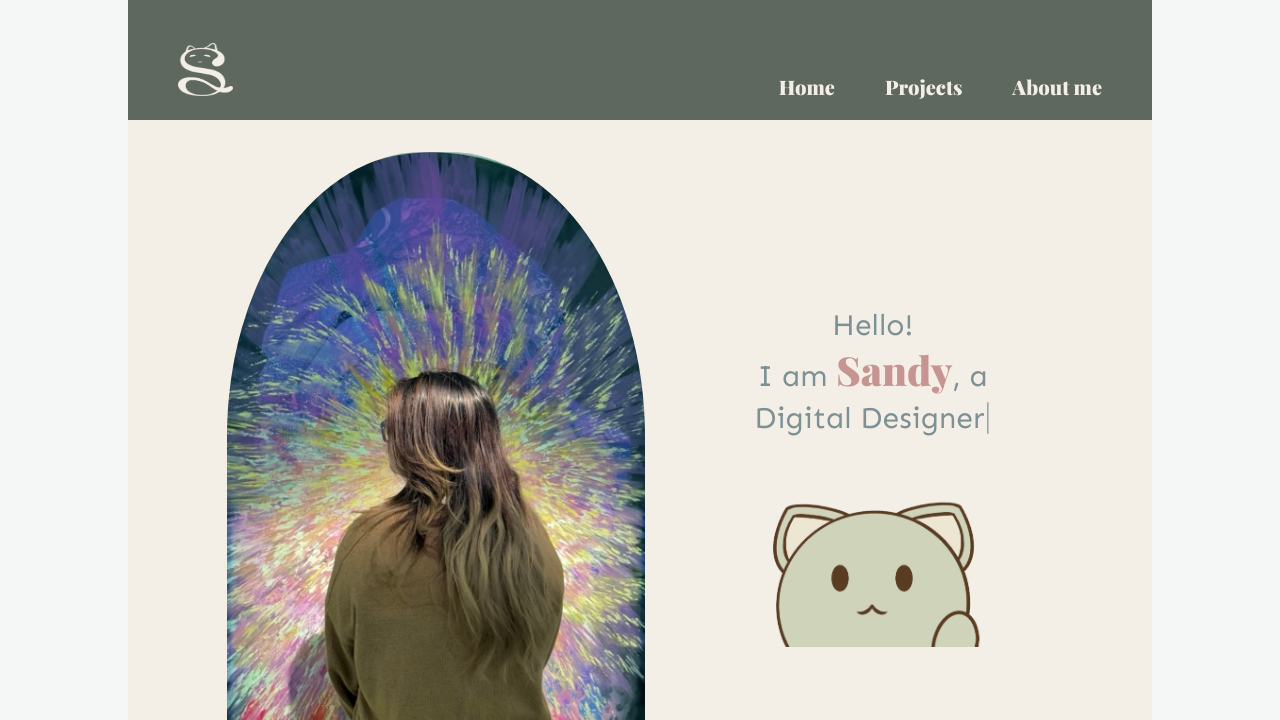
Repository: SandyLy453/portfolio
Page: /
An editor plug-in stored every save of this project. The page is shown before and after the next save, followed by the edit.
The browser window is 1280 px wide. The pictures show the whole page.
An inner scrolling area shows only its first screen. The project was rebuilt for these pictures with package versions that can differ from the ones it lists, and the page was loaded fresh each time. The framework's server and built-in components were replaced by stand-ins that run in the browser. Also part of the build but not shown: next.config.mjs, modules/Footer/Footer.module.css, modules/Footer/Footer.js, modules/ProjectCard/ProjectCard.module.css, modules/ProjectCard/Projectcard.js.

Above is the page before, as saved 2025-02-17 18:09:55.

After the next save:
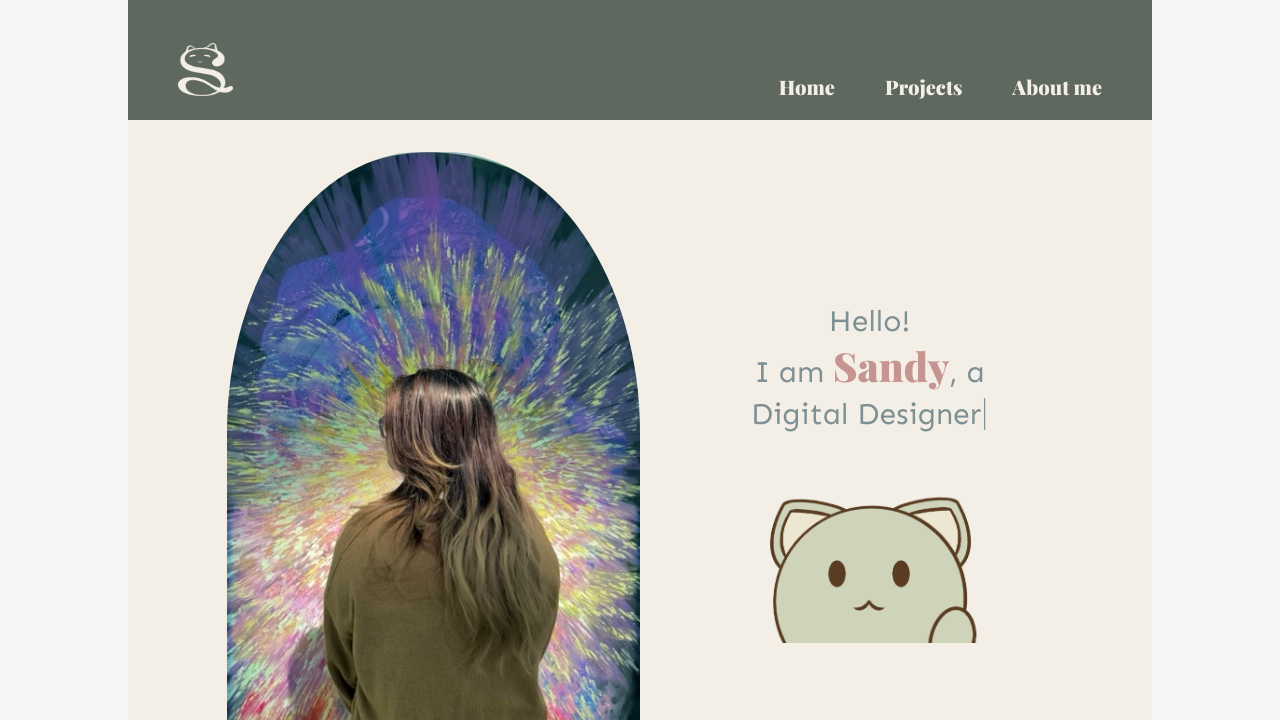
Saved 8 s later.
--- a/styles/Home.module.css
+++ b/styles/Home.module.css
@@ -200,7 +200,7 @@
   .coverPhoto {
     width: 90%;
     height: auto;
-    margin: 0 0.7rem;
+    margin: 0 0.5rem;
     bottom: -32px;
   }
 
